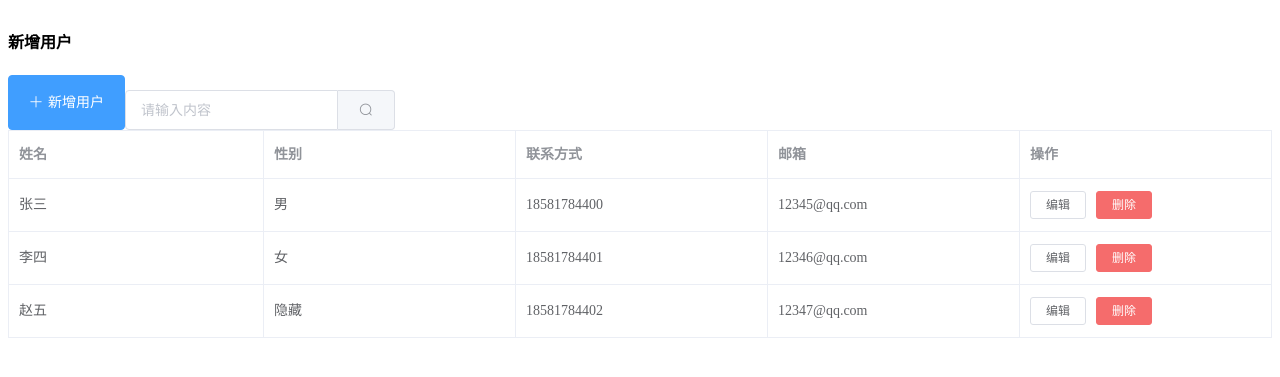
Repository: xinwuhao/New-user
Page: /
The author's editor kept a copy of each file at every save. The page is drawn from the files as they stood at one save, then again after the next save.
The browser window is 1280 px wide. The pictures show the whole page.
The project was rebuilt for these pictures with package versions that can differ from the ones it lists, and the page was loaded fresh each time.

Above is the page before, as saved 2021-12-21 16:03:57.

### src/main.js
import Vue from 'vue'
import App from './App.vue'
import router from './router'
import store from './store'
import ElementUI from 'element-ui';
import 'element-ui/lib/theme-chalk/index.css';

Vue.use(ElementUI);
Vue.config.productionTip = false

new Vue({
  router,
  store,
  el: '#app',
  render: h => h(App)
}).$mount('#app')

### src/views/Home.vue
<template>
  <div class="container">
    <div class="content">
      <h4>新增用户</h4>
      <div class="flex">
        <el-button
          type="primary"
          icon="el-icon-plus"
          @click="dialogVisible = true"
          >新增用户</el-button
        >
        <div style="margin-top: 15px">
          <el-input placeholder="请输入内容" v-model="input">
            <el-button slot="append" icon="el-icon-search"></el-button>
          </el-input>
        </div>
      </div>
      <!-- 用户列表 -->
      <div>
        <el-table :data="list" border style="width: 100%">
          <el-table-column prop="name" label="姓名"> </el-table-column>
          <el-table-column prop="sex" label="性别"> </el-table-column>
          <el-table-column prop="contact" label="联系方式"> </el-table-column>
          <el-table-column prop="mailbox" label="邮箱"> </el-table-column>
          <el-table-column label="操作">
            <template slot-scope="scope">
              <el-button size="mini" @click="Edit(scope.$index, scope.row)"
                >编辑</el-button
              >
              <el-button
                size="mini"
                type="danger"
                @click="Delete(scope.$index, scope.row)"
                >删除</el-button
              >
            </template>
          </el-table-column>
        </el-table>
      </div>
      <!-- 新增内容弹出层 -->
      <el-dialog title="提示" :visible.sync="dialogVisible" width="30%">
        <el-form
          :model="ruleForm"
          :rules="rules"
          ref="ruleForm"
          label-width="100px"
          class="demo-ruleForm"
        >
          <el-form-item label="名称" prop="name">
            <el-input v-model="ruleForm.name"></el-input>
          </el-form-item>
          <el-form-item label="性别" prop="sex">
            <el-radio-group
              v-model="ruleForm.sex"
              v-for="(item, index) in sex"
              :key="index"
            >
              <el-radio :label="item" style="margin-right: 10px"></el-radio>
            </el-radio-group>
          </el-form-item>
          <el-form-item label="手机号码" prop="contact">
            <el-input v-model="ruleForm.contact"></el-input>
          </el-form-item>
          <el-form-item label="邮箱" prop="mailbox">
            <el-input v-model="ruleForm.mailbox"></el-input>
          </el-form-item>
          <el-form-item>
            <el-button type="primary" @click="submitForm('ruleForm')"
              >立即新增</el-button
            >
            <el-button @click="resetForm('ruleForm')">取消</el-button>
          </el-form-item>
        </el-form>
      </el-dialog>
    </div>
  </div>
</template>

<script>
//引入子组件

export default {
  name: "",
  props: {},
  data() {
    return {
      dialogVisible: false,
      input: "",
      list: [
        {
          name: "张三",
          sex: "男",
          contact: "18581784400",
          mailbox: "12345@qq.com",
        },
        {
          name: "李四",
          sex: "女",
          contact: "18581784401",
          mailbox: "12346@qq.com",
        },
        {
          name: "赵五",
          sex: "隐藏",
          contact: "18581784402",
          mailbox: "12347@qq.com",
        },
      ],
      sex: ["隐藏", "男", "女"],
      ruleForm: {
        name: "",
        sex: "",
        contact: "",
        mailbox: "",
      },
      rules: {
        name: [
          { required: true, message: "请输入用户名称", trigger: "blur" },
          { min: 1, max: 5, message: "长度在 1 到 5 个字符", trigger: "blur" },
        ],
        contact: [
          { required: true, message: "请输入手机号码", trigger: "blur" },
          { min: 11, max: 11, message: "输入的手机号码有误", trigger: "blur" },
          {
            pattern:
              /^(?:(?:\+|00)86)?1(?:(?:3[\d])|(?:4[5-79])|(?:5[0-35-9])|(?:6[5-7])|(?:7[0-8])|(?:8[\d])|(?:9[189]))\d{8}$/,
            message: "输入的手机号码有误",
            trigger: "blur",
          },
        ],
        mailbox: [
          { required: true, message: "请输入邮箱", trigger: "blur" },
          {
            pattern:
              /^(([^<>()[\]\\.,;:\s@"]+(\.[^<>()[\]\\.,;:\s@"]+)*)|(".+"))@((\[[0-9]{1,3}\.[0-9]{1,3}\.[0-9]{1,3}\.[0-9]{1,3}\])|(([a-zA-Z\-0-9]+\.)+[a-zA-Z]{2,}))$/,
            message: "输入的邮箱有误",
            trigger: "blur",
          },
        ],
        sex: [{ required: true, message: "性别", trigger: "change" }],
      },
    };
  },
  components: {},
  methods: {
    //表单创建按钮
    submitForm(formName) {
      this.$refs[formName].validate((valid) => {
        if (valid) {
          this.$message.success("新增成功");
          this.dialogVisible = false;
          this.list.unshift(this.ruleForm);
          console.log(this.list);
        } else {
          this.$message.error("您还有信息没有填写或者填写的信息有误");
          return false;
        }
      });
    },
    //表单取消按钮
    resetForm(formName) {
      this.$refs[formName].resetFields();
      this.dialogVisible = false;
    },
    //编辑
    Edit(index, row) {
      console.log(index, row);
    },
    //删除
    Delete(index, row) {
      console.log(index, row);
    },
  },
  mounted() {},
  computed: {},
  watch: {},
};
</script>

<style lang='scss' scoped>
.container {
  display: flex;
  justify-content: center;
}
.content {
  width: 1450px;
  /* 注意适配的宽度必须大于最小适配宽度 */
}
.flex {
  display: flex;
}
</style>

Loaded but not shown: public/index.html (common file); src/App.vue (common file); src/router/index.js (common file); src/store/index.js (common file)

After the next save:
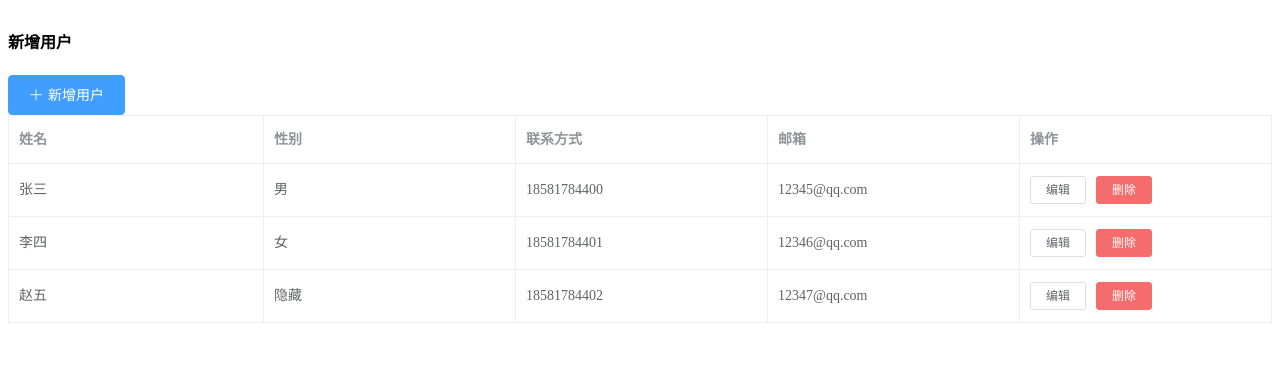
Saved 12 s later.
--- a/src/views/Home.vue
+++ b/src/views/Home.vue
@@ -9,11 +9,7 @@
           @click="dialogVisible = true"
           >新增用户</el-button
         >
-        <div style="margin-top: 15px">
-          <el-input placeholder="请输入内容" v-model="input">
-            <el-button slot="append" icon="el-icon-search"></el-button>
-          </el-input>
-        </div>
+
       </div>
       <!-- 用户列表 -->
       <div>
